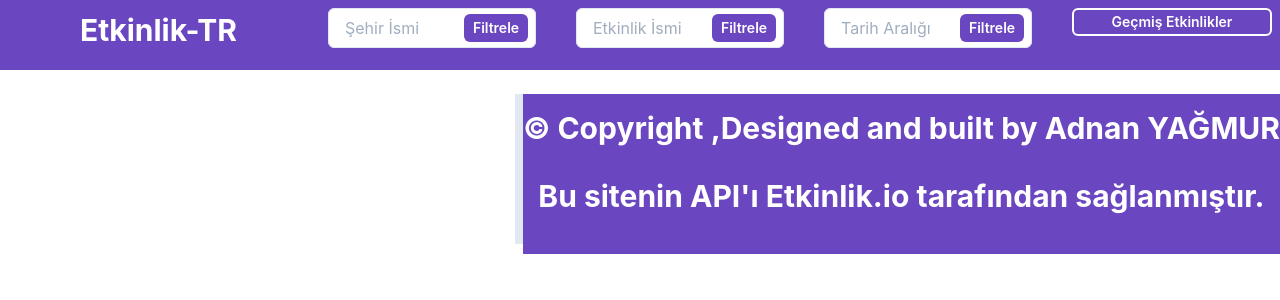
Repository: adnanyagmur/EtsTur-FrontEnd-Hiring-Challange
Page: /
The author's editor kept a copy of each file at every save. The page is drawn from the files as they stood at one save, then again after the next save.
The browser window is 1280 px wide. The pictures show the whole page.
The page's requests for data from a server got no answer. The project was rebuilt for these pictures with package versions that can differ from the ones it lists, and the page was loaded fresh each time. No one was signed in, and anything a server would have sent is missing. Also part of the build but not shown: src/index.css, src/components/detailPage/DetailPage.jsx, src/components/eventList/EventList.jsx, src/pastApi/json.js, src/components/pastEventList/PastList.jsx.

Above is the page before, as saved 2022-06-21 16:33:22.

### src/index.js
import React from 'react';
import ReactDOM from 'react-dom/client';
import './index.css';
import App from './App';
import {BrowserRouter} from "react-router-dom";
import { ChakraProvider, theme } from '@chakra-ui/react'



const root = ReactDOM.createRoot(document.getElementById('root'));
root.render(
  <React.StrictMode>
    <BrowserRouter>
    <ChakraProvider theme={theme}>
    <App />
    </ChakraProvider>
    </BrowserRouter>
  </React.StrictMode>
);

### src/App.js

import { Route, Routes } from "react-router-dom";
import DetailPage from "./components/detailPage/DetailPage";
import HomePage from "./components/hompage/HomePage";
import PastList from "./components/pastEventList/PastList"





function App() {

  return (
    <div>

    <Routes>
      <Route path="/" element={<HomePage></HomePage>}></Route>
      <Route path="/detailPage" element={<DetailPage></DetailPage>}></Route>

      /gecmisEtkinlikler

      <Route path="/gecmisEtkinlikler" element={<PastList></PastList>}></Route>

    </Routes>

    </div>

  );
}

export default App;

### src/components/hompage/HomePage.jsx
import React, {useState, useEffect} from 'react';
import axios from 'axios';
import EventList from '../eventList/EventList';
import {Grid,Box,GridItem,Text,SimpleGrid,Input,InputGroup,Button,InputRightElement} from '@chakra-ui/react';
import  {useNavigate} from 'react-router-dom';
function HomePage() {

  const navigation = useNavigate();

const handleClick = (()=> {
    navigation("/gecmisEtkinlikler")
})

  const [eventList, setEventList] = useState([])

  useEffect(()=> {
      axios.get(
        'https://backend.etkinlik.io/api/v2/events',{headers: {
          "X-Etkinlik-Token" : "966d3071605c47ca2a58476b4b0083b1"
        }
      }
        ).then(res => {
          setEventList(res.data);
          //console.log(res.data);
        }).catch(error => console.log(error))
    },[]);

console.log(eventList)

    return(
        <div>
<div>

<Grid
  templateAreas={`"header header"
                  "nav main"
                  "nav footer"`}
  gridTemplateRows={'70px 1fr 150px'}
  gridTemplateColumns={'1fr'}
  h='200px'
  gap='1'
  color='blackAlpha.700'
  fontWeight='bold'
>
  <GridItem pt='2' pl='80px' bg='purple.600' color='white' area={'header'}>
  <SimpleGrid columns={[null,5]} spacing='40px'>
  <Text  as='span'  fontSize='3xl' >Etkinlik-TR</Text>
  <InputGroup as='span'  size='md'>
      <Input
        pr='4.5rem'
        bg='white'
        color='black'
        placeholder='Şehir İsmi'
      />
      <InputRightElement width='4.5rem'>
        <Button bg='purple.600' mr='2' h='1.75rem' size='sm' /* onClick={handleClick} */>
          Filtrele
        </Button>
      </InputRightElement>
    </InputGroup>
    <InputGroup as='span'  size='md'>
      <Input
        pr='4.5rem'
        bg='white'
        color='black'
        placeholder='Etkinlik İsmi'
      />
      <InputRightElement width='4.5rem'>
        <Button bg='purple.600' mr='2' h='1.75rem' size='sm' /* onClick={handleClick} */>
          Filtrele
        </Button>
      </InputRightElement>
    </InputGroup>
    <InputGroup as='span'  size='md'>
      <Input
        pr='4.5rem'
        bg='white'
        color='black'
        placeholder='Tarih Aralığı'
      />
      <InputRightElement width='4.5rem'>
        <Button bg='purple.600' mr='2' h='1.75rem' size='sm' /* onClick={handleClick} */>
          Filtrele
        </Button>
      </InputRightElement>
    </InputGroup>
    <Button bg='purple.600' mr='2' h='1.75rem' size='sm' border='2px' borderColor='white' onClick={handleClick} >
          Geçmiş Etkinlikler
        </Button>
</SimpleGrid>


  </GridItem>

  <GridItem pl='6' pt='4' pr='6' bg='white' area={'main'} >

  <SimpleGrid columns={[1, null,2, 3,4,5]} spacing='40px'>




  {eventList.items?.map((eventList,key)=>






  <EventList key={eventList?.id}
      eventid={eventList?.id}
      name={eventList?.name}
      image={eventList?.poster_url}
      category={eventList?.category?.name}
      description={eventList?.content?.replace("<br /><br />"," ").replace("<br /><br />"," ").replace("</strong>"," ").replace("<br />"," ")
      .replace("<strong>"," ").replace("<br /><strong>"," ")
    .replace("</strong><br />"," ")
  .replace("</p>"," ").replace("<p>"," ").replace("<p>"," ")
.replace("</p>"," ").replace("<br /><br />"," ").replace("<br /><br />"," ").replace("</strong>"," ").replace("<br />"," ")
.replace("<strong>"," ").replace("<br /><strong>"," ")
.replace("</strong><br />"," ")
.replace("</p>"," ").replace("<p>"," ").replace("<p>"," ")
.replace("</p>"," ").replace("<br /><br />"," ").replace("<br /><br />"," ").replace("</strong>"," ").replace("<br />"," ")
.replace("<strong>"," ").replace("<br /><strong>"," ")
.replace("</strong><br />"," ")
.replace("</p>"," ").replace("<p>"," ").replace("<p>"," ")
.replace("</p>"," ").replace("<br /><br />"," ").replace("<br /><br />"," ").replace("</strong>"," ").replace("<br />"," ")
.replace("<strong>"," ").replace("<br /><strong>"," ")
.replace("</strong><br />"," ")
.replace("</p>"," ").replace("<p>"," ").replace("<p>"," ")
.replace("</p>"," ").replace("<br /><br />"," ").replace("<br /><br />"," ").replace("</strong>"," ").replace("<br />"," ")
.replace("<strong>"," ").replace("<br /><strong>"," ")
.replace("</strong><br />"," ")
.replace("</p>"," ").replace("<p>"," ").replace("<p>"," ")
.replace("</p>"," ").replace("<br /><br />"," ").replace("<br /><br />"," ").replace("</strong>"," ").replace("<br />"," ")
.replace("<strong>"," ").replace("<br /><strong>"," ")
.replace("</strong><br />"," ")
.replace("</p>"," ").replace("<p>"," ").replace("<p>"," ")
.replace("</p>"," ").replace("<br /><br />"," ").replace("<br /><br />"," ").replace("</strong>"," ").replace("<br />"," ")
.replace("<strong>"," ").replace("<br /><strong>"," ")
.replace("</strong><br />"," ")
.replace("</p>"," ").replace("<p>"," ").replace("<p>"," ")
.replace("</p>"," ").replace("<br /><br />"," ").replace("<br /><br />"," ").replace("</strong>"," ").replace("<br />"," ")
.replace("<strong>"," ").replace("<br /><strong>"," ")
.replace("</strong><br />"," ")
.replace("</p>"," ").replace("<p>"," ").replace("<p>"," ")                  //////asdasd
.replace("</p>"," ").replace("<br /><br />"," ").replace("<br /><br />"," ").replace("</strong>"," ").replace("<br />"," ")
.replace("<strong>"," ").replace("<br /><strong>"," ")
.replace("</strong><br />"," ")
.replace("</p>","").replace("<p>"," ").replace("<p>"," ")
.replace("</p>"," ").replace("<br /><br />"," ").replace("<br /><br />"," ").replace("</strong>"," ").replace("<br />"," ")
.replace("<strong>"," ").replace("<br /><strong>"," ")
.replace("</strong><br />"," ")
.replace("</p>"," ").replace("<p>"," ").replace("<p>"," ")
.replace("</p>"," ").replace("<br /><br />"," ").replace("<br /><br />"," ").replace("</strong>"," ").replace("<br />"," ")
.replace("<strong>"," ").replace("<br /><strong>"," ")
.replace("</strong><br />"," ")
.replace("</p>"," ").replace("<p>"," ").replace("<p>"," ")
.replace("</p>"," ").replace("<br /><br />"," ").replace("<br /><br />"," ").replace("</strong>"," ").replace("<br />"," ")
.replace("<strong>"," ").replace("<br /><strong>"," ")
.replace("</strong><br />"," ")
.replace("</p>"," ").replace("<p>"," ").replace("<p>"," ")
.replace("</p>"," ").replace("<br /><br />"," ").replace("<br /><br />"," ").replace("</strong>"," ").replace("<br />"," ")
.replace("<strong>"," ").replace("<br /><strong>"," ")
.replace("</strong><br />"," ")
.replace("</p>"," ").replace("<p>"," ").replace("<p>"," ")
.replace("</p>"," ").replace("<br /><br />"," ").replace("<br /><br />"," ").replace("</strong>"," ").replace("<br />"," ")
.replace("<strong>"," ").replace("<br /><strong>"," ")
.replace("</strong><br />"," ")
.replace("</p>"," ").replace("<p>"," ").replace("<p>"," ")
.replace("</p>"," ").replace("<br /><br />"," ").replace("<br /><br />"," ").replace("</strong>"," ").replace("<br />"," ")
.replace("<strong>"," ").replace("<br /><strong>"," ")
.replace("</strong><br />"," ")
.replace("</p>"," ").replace("<p>"," ").replace("<p>"," ")
.replace("</p>"," ").replace("<br /><br />"," ").replace("<br /><br />"," ").replace("</strong>"," ").replace("<br />"," ")
.replace("<strong>"," ").replace("<br /><strong>"," ")
.replace("</strong><br />"," ")
.replace("</p>"," ").replace("<p>"," ").replace("<p>"," ")
.replace("</p>"," ").replace("<br /><br />"," ").replace("<br /><br />"," ").replace("</strong>"," ").replace("<br />"," ")
.replace("<strong>"," ").replace("<br /><strong>"," ")
.replace("</strong><br />"," ")
.replace("</p>"," ").replace("<p>"," ").replace("<p>"," ")
.replace("</p>"," ").replace("<br /><br />"," ").replace("<br /><br />"," ").replace("</strong>"," ").replace("<br />"," ")
.replace("<strong>"," ").replace("<br /><strong>"," ")
.replace("</strong><br />"," ")
.replace("</p>"," ").replace("<p>"," ").replace("<p>"," ")
.replace("</p>"," ").replace("<em>"," ").replace("</em>"," ").replace("<br />"," ")
.replace("<br />"," ")}
      price={eventList?.is_free}
      basTarihi ={eventList?.start?.replace("T","   Time :  ")}
      bitisTarihi ={eventList?.end?.replace("T","   Time :  ")}
      venue ={eventList?.venue?.name}
      ticketLink={eventList?.ticket_url}
      address={eventList?.venue?.address}
      city={eventList?.venue?.city?.name}
      district ={eventList?.venue?.district?.name}
      eventList ={eventList}
      >

      </EventList>


  )}
  </SimpleGrid>
  </GridItem>
  <GridItem pl='2' bg='gray.200' area={'footer'}>
  <SimpleGrid  columns={1} color='white' >
  <Box pt='3' bg='purple.600' textAlign="center" height='80px'> <Text    fontSize='3xl' >© Copyright ,Designed and built by Adnan YAĞMUR</Text></Box>
  <Box bg='purple.600' textAlign="center" height='80px'><Text    fontSize='3xl' >Bu sitenin API'ı <a href='https://etkinlik.io/'>Etkinlik.io</a> tarafından sağlanmıştır.</Text></Box>
</SimpleGrid>
  </GridItem>
</Grid>





      </div>
        </div>
    )
}

export default HomePage;

Loaded but not shown: public/index.html (common file)

After the next save:
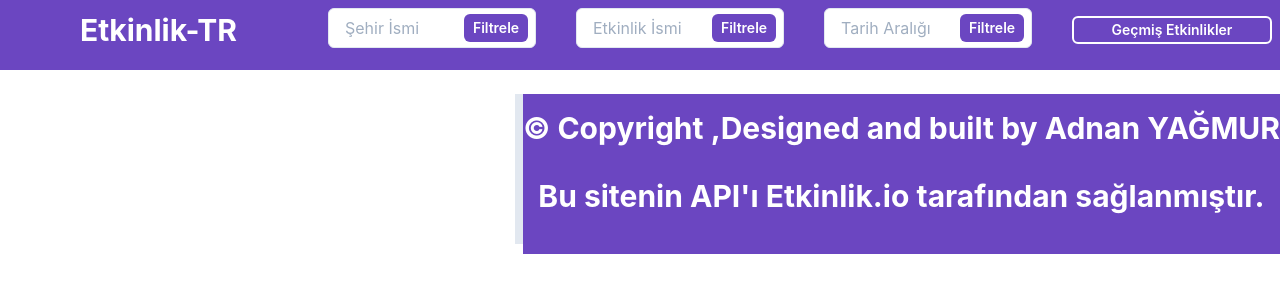
Saved 24 s later.
--- a/src/components/hompage/HomePage.jsx
+++ b/src/components/hompage/HomePage.jsx
@@ -84,7 +84,7 @@ console.log(eventList)
         </Button>
       </InputRightElement>
     </InputGroup>
-    <Button bg='purple.600' mr='2' h='1.75rem' size='sm' border='2px' borderColor='white' onClick={handleClick} >
+    <Button bg='purple.600' mr='2' h='1.75rem' size='sm' mt="2" border='2px' borderColor='white' onClick={handleClick} >
           Geçmiş Etkinlikler
         </Button>
 </SimpleGrid>
